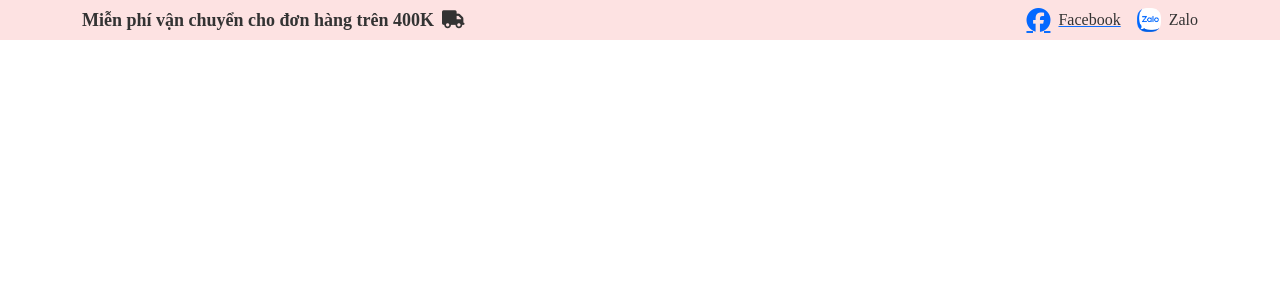
Repository: hoang28092000/kim-store
Page: index.html
These files come from the project's save history. The page is drawn as it stood at one moment and after a run of saves; the edit follows.
The browser window is 1280 px wide. The pictures show the whole page.
Some web libraries are served in a nearby version.

Above is the page before, as saved 2024-10-31 21:45:57.

After the next 8 saves:
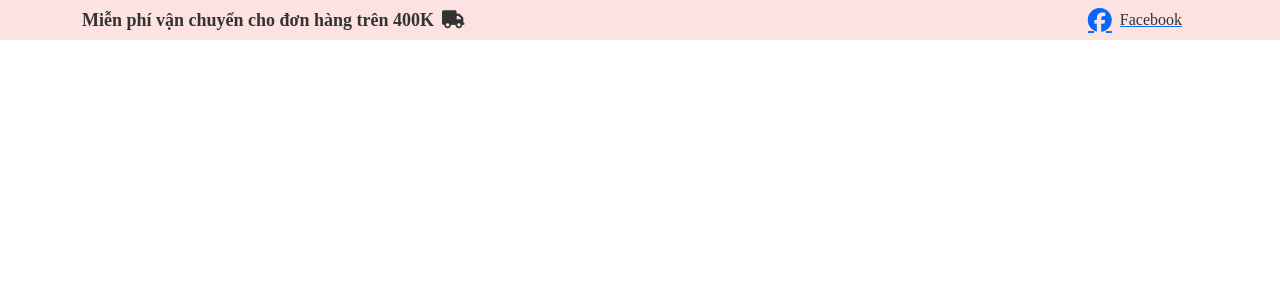
The 8 saves are shown as one change because they came seconds apart.
The last was saved 23 s later.
--- a/index.html
+++ b/index.html
@@ -23,10 +23,7 @@
                                 <span class="txt-fb">Facebook</span>
                             </li>
                         </a>
-                        <li class="icon d-flex">
-                           <img src="asset/image/icon_zalo.webp" alt="this is picture zalo" class="icon_zalo me-2">
-                           <span class="txt-zalo">Zalo</span>
-                        </li>
+                        <a href=""></a>
                     </ul>
                 </div>
         </div>

After the save that followed:
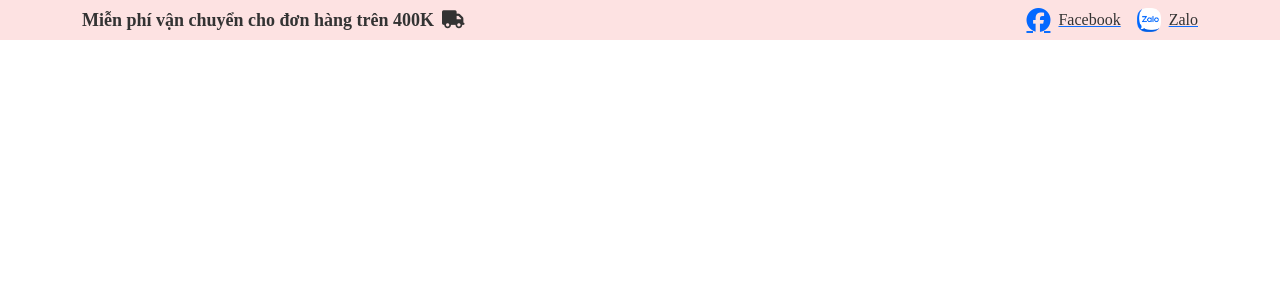
Saved 5 s later.
--- a/index.html
+++ b/index.html
@@ -23,7 +23,12 @@
                                 <span class="txt-fb">Facebook</span>
                             </li>
                         </a>
-                        <a href=""></a>
+                        <a href="">
+                            <li class="icon d-flex">
+                                <img src="asset/image/icon_zalo.webp" alt="this is picture zalo" class="icon_zalo me-2">
+                                <span class="txt-zalo">Zalo</span>
+                             </li>
+                        </a>
                     </ul>
                 </div>
         </div>
